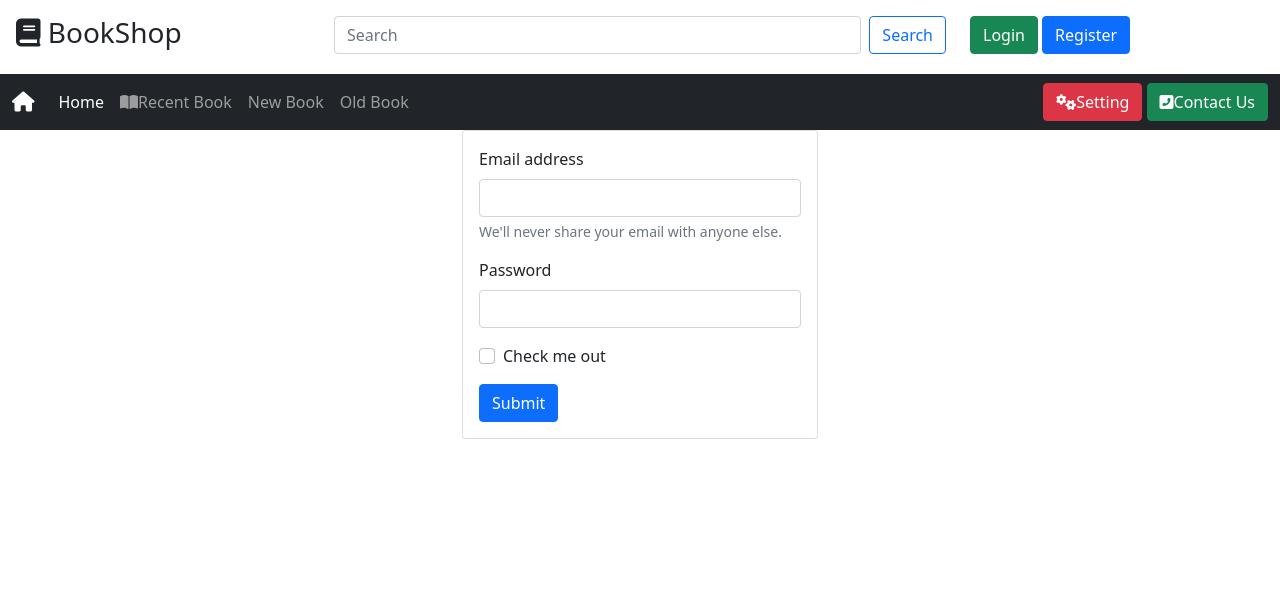
Repository: Abhishekverma23797/BookShopApp
Page: http://localhost/Ebook-App/Register.jsp
An editor plug-in stored every save of this project. The page is shown before and after the next save, followed by the edit.
The browser window is 1280 px wide. The pictures show the whole page.
The page is served by Tomcat 9.

Above is the page before, as saved 2021-12-07 11:44:30.

After the next save:
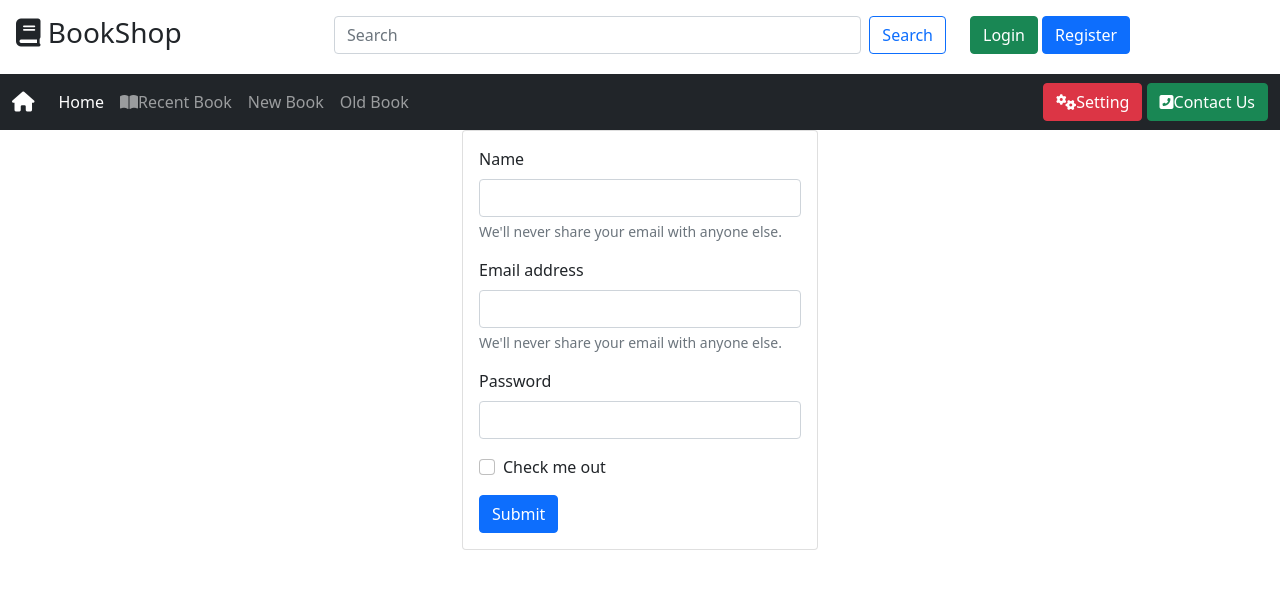
Saved 3 min 12 s later.
--- a/Ebook-App/src/main/webapp/Register.jsp
+++ b/Ebook-App/src/main/webapp/Register.jsp
@@ -14,32 +14,33 @@
 	<div class="container">
 		<div class="row">
 			<div class="col-md-4 offset-md-4">
-				<div class="card">
+			 <div class="card">
 
-					<div class="card-body">
+			 <div class="card-body">
 
-						<form>
-							<div class="mb-3">
-								<label for="exampleInputEmail1" class="form-label">Email
-									address</label> <input type="email" class="form-control"
-									id="exampleInputEmail1" aria-describedby="emailHelp">
-								<div id="emailHelp" class="form-text">We'll never share
-									your email with anyone else.</div>
-							</div>
-							<div class="mb-3">
-								<label for="exampleInputPassword1" class="form-label">Password</label>
-								<input type="password" class="form-control"
-									id="exampleInputPassword1">
-							</div>
-							<div class="mb-3 form-check">
-								<input type="checkbox" class="form-check-input"
-									id="exampleCheck1"> <label class="form-check-label"
-									for="exampleCheck1">Check me out</label>
-							</div>
-							<button type="submit" class="btn btn-primary">Submit</button>
-						</form>
-					</div>
-				</div>
+			 <form>
+			 <div class="mb-3">
+    <label for="exampleInputEmail1" class="form-label">Name</label>
+    <input type="email" class="form-control" id="exampleInputEmail1" aria-describedby="emailHelp">
+    <div id="emailHelp" class="form-text">We'll never share your email with anyone else.</div>
+  </div>
+  <div class="mb-3">
+    <label for="exampleInputEmail1" class="form-label">Email address</label>
+    <input type="email" class="form-control" id="exampleInputEmail1" aria-describedby="emailHelp">
+    <div id="emailHelp" class="form-text">We'll never share your email with anyone else.</div>
+  </div>
+  <div class="mb-3">
+    <label for="exampleInputPassword1" class="form-label">Password</label>
+    <input type="password" class="form-control" id="exampleInputPassword1">
+  </div>
+  <div class="mb-3 form-check">
+    <input type="checkbox" class="form-check-input" id="exampleCheck1">
+    <label class="form-check-label" for="exampleCheck1">Check me out</label>
+  </div>
+  <button type="submit" class="btn btn-primary">Submit</button>
+</form>
+			 </div>
+			 </div>
 
 			</div>
 		</div>
